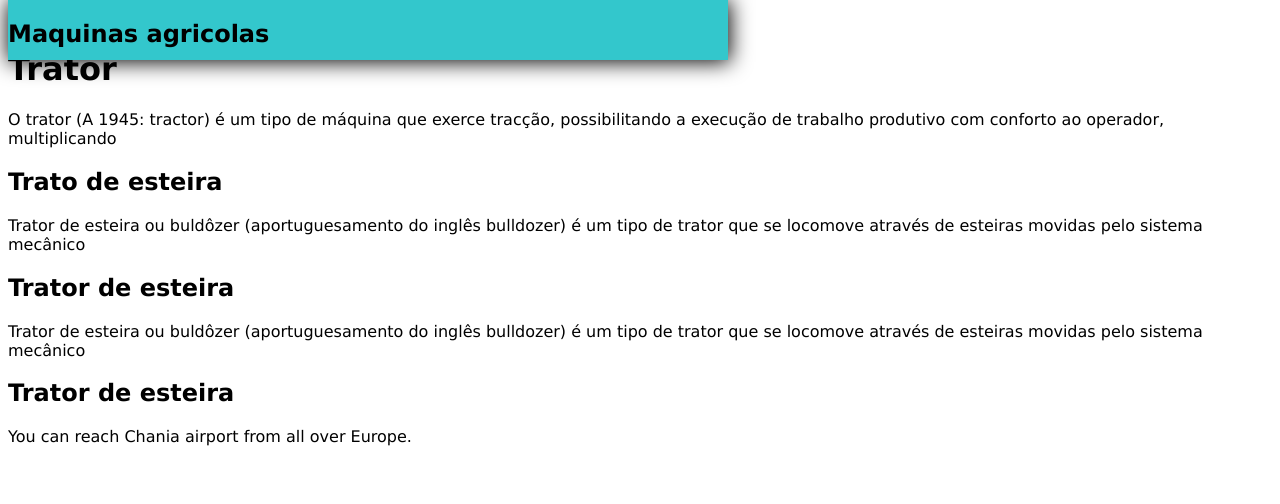
Repository: ecrseer/pesquisa-carros-html
Page: news.html
These files come from the project's save history. The page is drawn as it stood at one moment and after the next save; the edit follows.
The browser window is 1280 px wide. The pictures show the whole page.

Above is the page before, as saved 2022-01-21 16:27:28.

### news.html
<!doctype html>

<html lang="pt-br">
  <html lang="pt-br">
    <head>
        <meta charset="UTF-8"/>
        <meta name="viewport" content="width=device-width,
        initial-scale=1.0"/>
        <meta http-equiv="X-UA-Compatible" content="ie=edge">
        <title>Vendarro LTDA</title>

  <link rel="stylesheet" href="news.css">

</head>

<body>
    <nav class="header">
        <h1>Maquinas agricolas</h1>

      </nav>
      <div class="">
        <div></div>
        <div class="row">
               <input type="text" placeholder="Digite alguma coisa">
        </div>


        <div  >
          <h1>Trator</h1>
          <p>O trator (A 1945: tractor) é um tipo de máquina que exerce tracção, possibilitando a execução de trabalho produtivo com conforto ao operador, multiplicando </p>
        </div>

        <div class="col-3 col-s-12">
          <div class="aside">
            <h2>Trato de esteira</h2>
            <p>Trator de esteira ou buldôzer (aportuguesamento do inglês bulldozer) é um tipo de trator que se locomove através de esteiras movidas pelo sistema mecânico</p>
            <h2>Trator de esteira</h2>
            <p>Trator de esteira ou buldôzer (aportuguesamento do inglês bulldozer) é um tipo de trator que se locomove através de esteiras movidas pelo sistema mecânico</p>
            <h2>Trator de esteira</h2>
            <p>You can reach Chania airport from all over Europe.</p>

          </div>
        </div>


      </div>

  <script src="scripts.js"></script>

</body>
</html>

### news.css
* {
    box-sizing: border-box;
  }

  html {
    font-family: "Lucida Sans", sans-serif;
  }

  .header {
    background-color: #33c7cc;
    position: fixed;
    top:0;
    width: 100vh;
    max-height: 60px;
    box-shadow: 1px 1px 3vh 1px;
  }

### scripts.js
function recurs(nmbr){

    if (nmbr==1)
    return 1;
    else
    arr.push(3*recurs(nmbr-1));
}

let
    isWhite = false,
    arr=[];
    let
    fixo=new Array(5);

    fixo[0]='E';
    fixo[4]='S';
    console.log(fixo);


function changeTheme(){
    isWhite ? document.querySelector("body").style.backgroundColor='#010101' :
    document.querySelector("body").style.backgroundColor='#fff';

    isWhite= !isWhite;

    function hapn(){
        console.log('data');
    }

    console.log(arr);
}

After the next save:
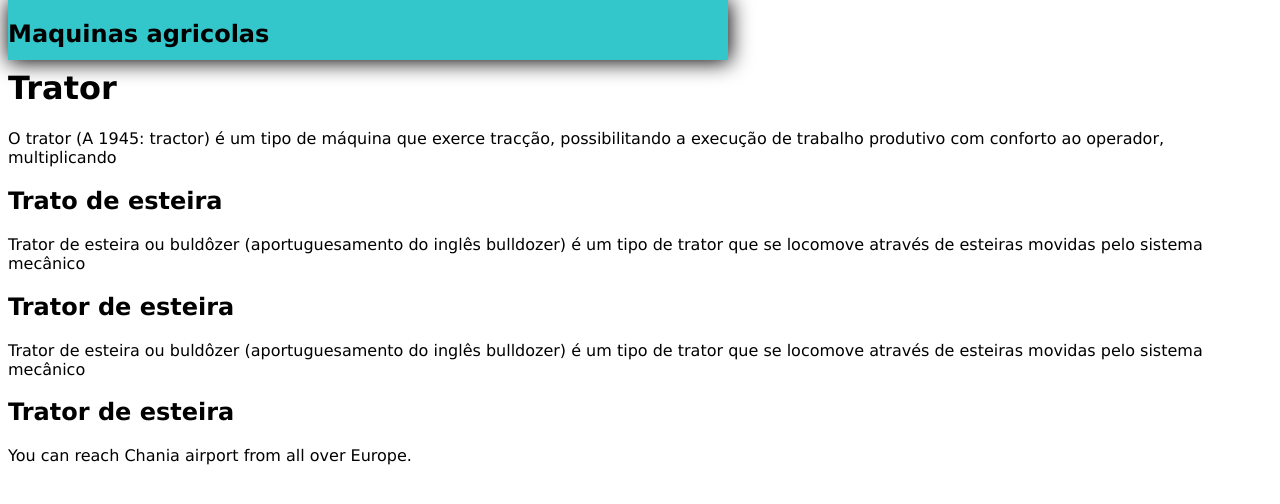
Saved 6 s later.
--- a/news.html
+++ b/news.html
@@ -19,7 +19,7 @@
 
       </nav>
       <div class="">
-        <div></div>
+        div
         <div class="row">
                <input type="text" placeholder="Digite alguma coisa">
         </div>

After the 3 saves that followed:
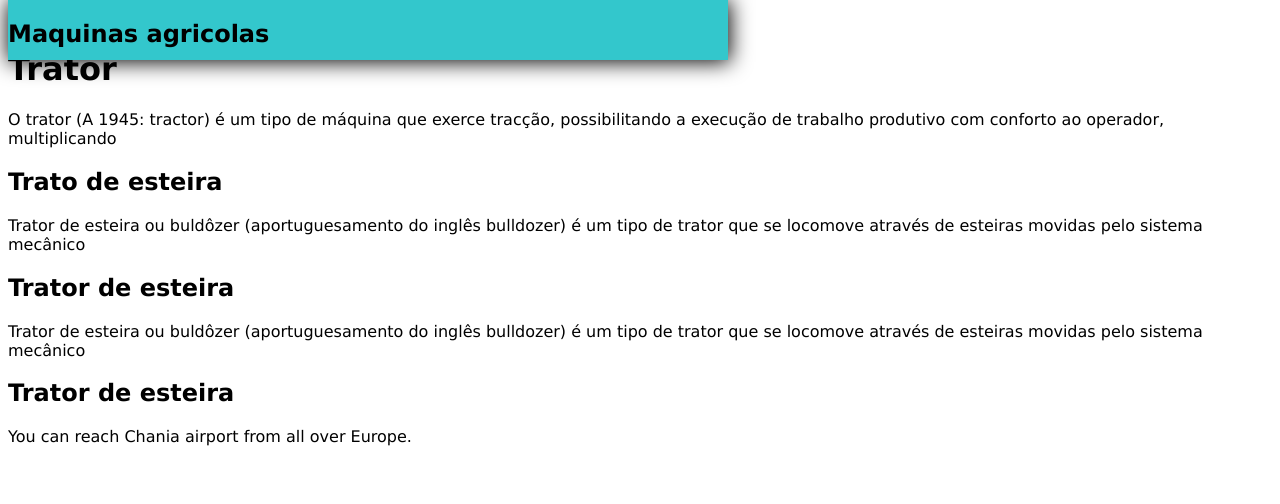
The 3 saves are shown as one change because they came seconds apart.
The last was saved 14 s later.
--- a/news.html
+++ b/news.html
@@ -19,7 +19,7 @@
 
       </nav>
       <div class="">
-        div
+        <div class="espaco"></div>
         <div class="row">
                <input type="text" placeholder="Digite alguma coisa">
         </div>
